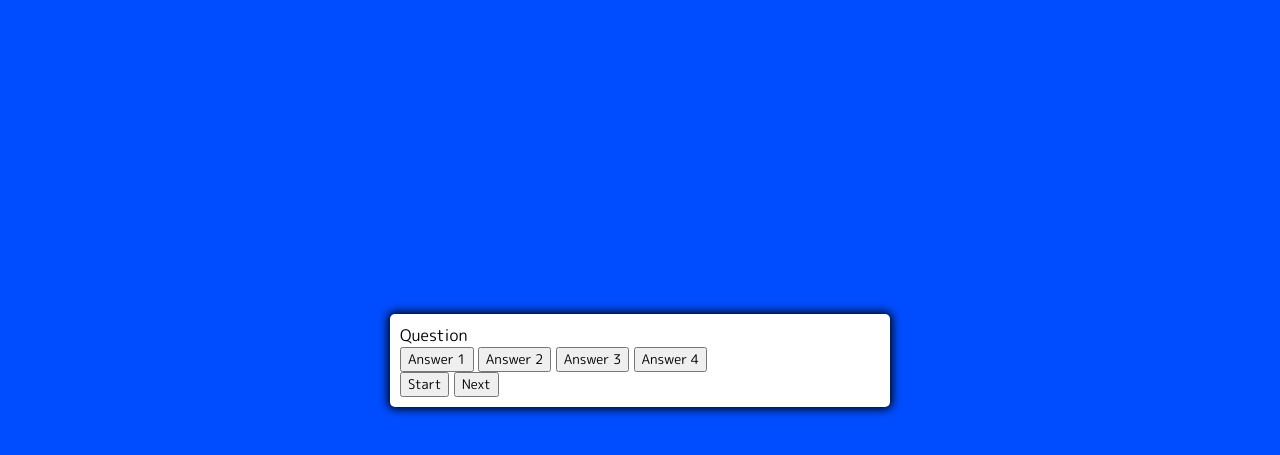
Repository: spidero7/Star-Wars_Quiz-Game
Page: index.html
These files come from the project's save history. The page is drawn as it stood at one moment and after a run of saves; the edit follows.
The browser window is 1280 px wide. The pictures show the whole page.

Above is the page before, as saved 2021-08-29 07:50:17.

After the next 4 saves:
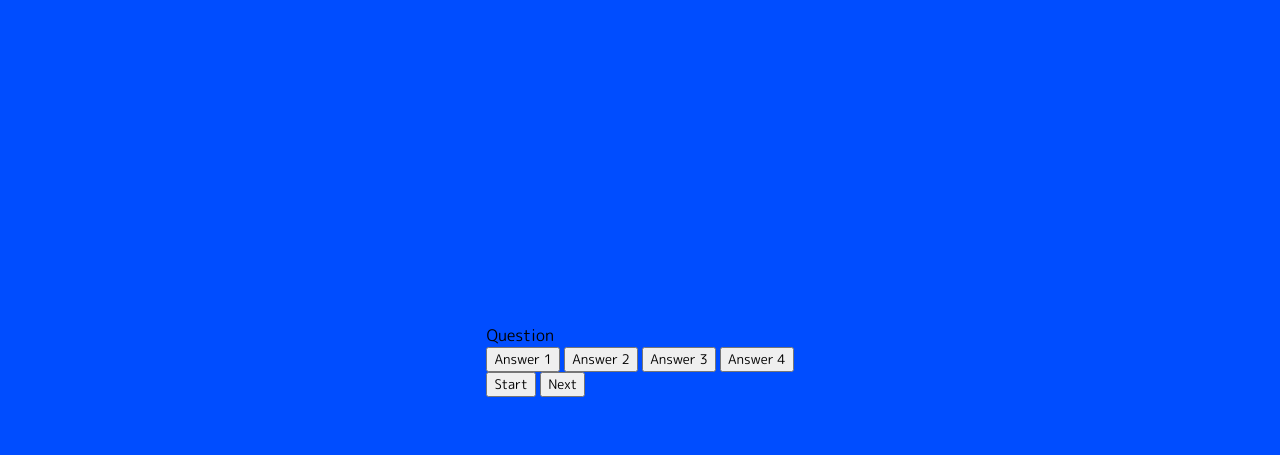
The 4 saves are shown as one change because they came seconds apart.
The last was saved 11 s later.
--- a/style.css
+++ b/style.css
@@ -22,8 +22,10 @@
 }
 
 body.correct {
-    --hue: var(var(--hue-correct))
+    --hue: (var(--hue-correct);
 }
+
+
 
 .container {
     width: 500px;

After the save that followed:
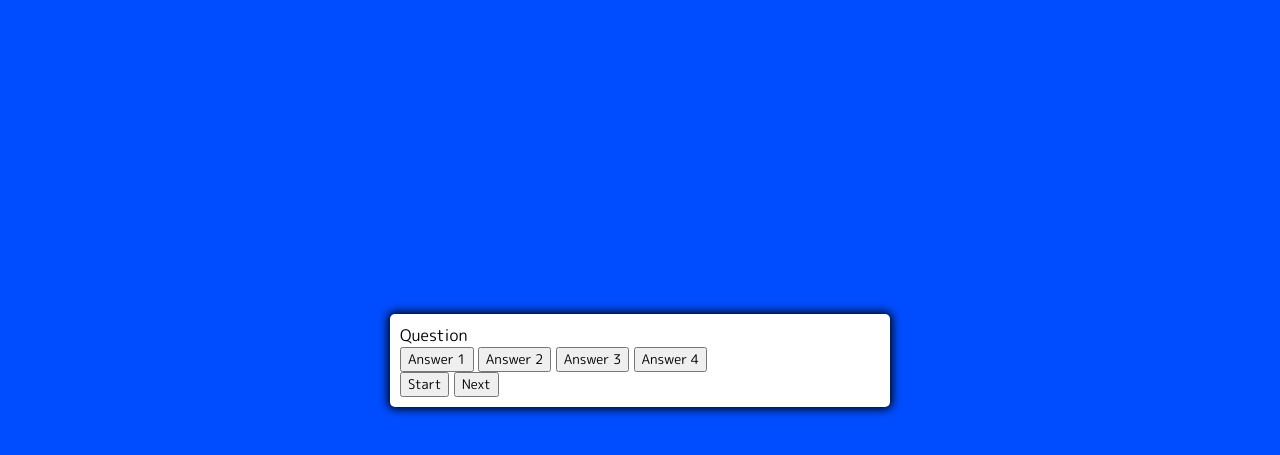
Saved 5 s later.
--- a/style.css
+++ b/style.css
@@ -22,7 +22,7 @@
 }
 
 body.correct {
-    --hue: (var(--hue-correct);
+    --hue: var(--hue-correct);
 }
 
 
